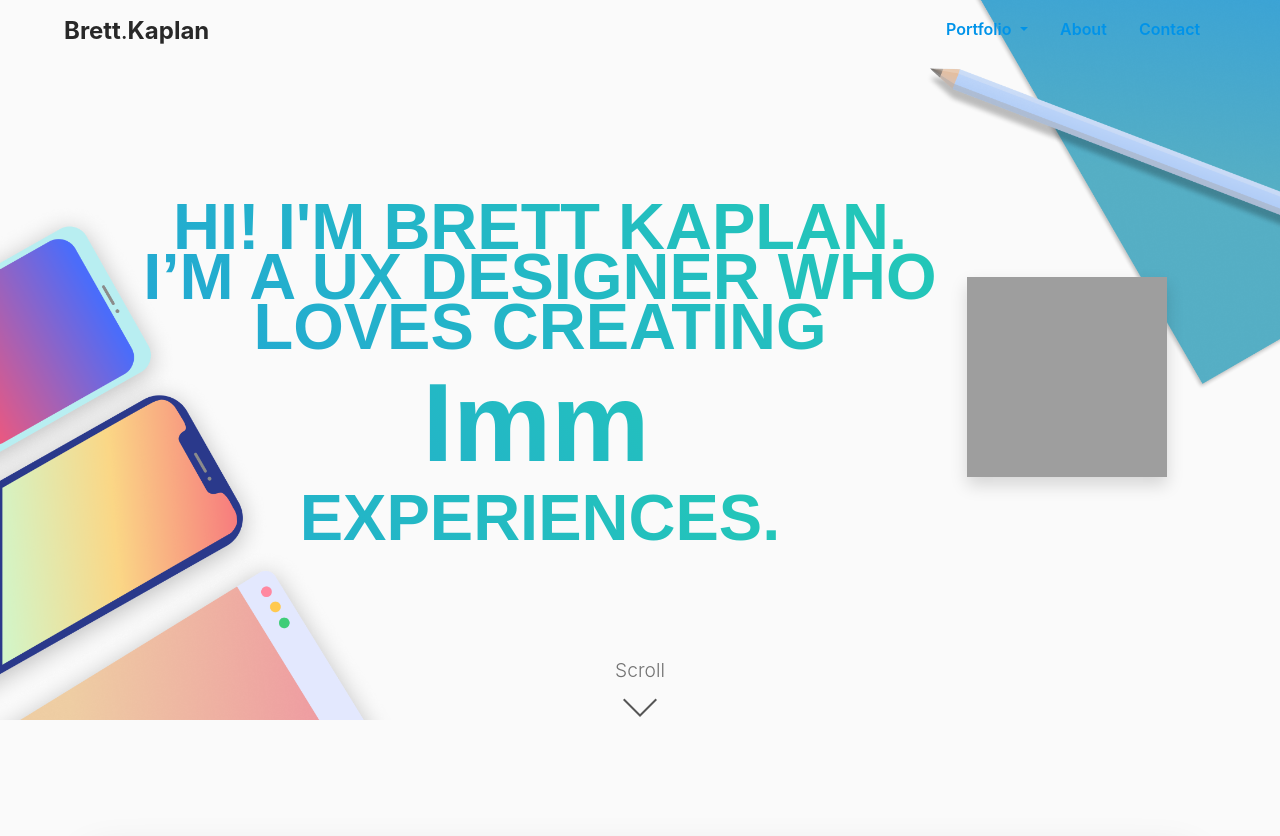
Repository: bkap1690/bkap1690.github.io
Page: index.html
The author's editor kept a copy of each file at every save. The page is drawn from the files as they stood at one save, then again after the next save.
The browser window is 1280 px wide. The pictures show the part of the page from y = 0 to 836 px (the page is 2248 px tall).
Pictures or frames that could not be fetched are drawn as grey boxes. A picture or video elsewhere on the page could not be fetched, so the positions and the page height are approximate. Backgrounds fixed to the window are drawn as part of the page. Some web libraries are served in a nearby version.

Above is the page before, as saved 2020-10-15 20:57:00.
Console error: TypeError: Cannot set properties of null (setting 'className')

### index.html
<!DOCTYPE html>
<html lang="en">

<head>
  <meta charset="UTF-8">
  <meta name="viewport" content="width=device-width, initial-scale=1.0">
  <meta http-equiv="X-UA-Compatible" content="ie=edge">
  <meta name="Description" content="Enter your description here" />
  <link rel="stylesheet" href="https://cdnjs.cloudflare.com/ajax/libs/twitter-bootstrap/4.5.0/css/bootstrap.min.css">
  <link rel="stylesheet" href="https://cdnjs.cloudflare.com/ajax/libs/font-awesome/5.13.0/css/all.min.css">
  <link rel="stylesheet" href="css/style.min.css">
  <link rel="stylesheet" href="css/hover-min.css">
  <link href="https://unpkg.com/aos@2.3.1/dist/aos.css" rel="stylesheet">
  <title>Brett Kaplan</title>
</head>
<script>
  document.body.className = 'js';
</script>

<body>
  <header>
    <nav class="navbar navbar-expand-lg navbar-light bg-light fixed-top">
      <a class="navbar-brand nav-logo pl-lg-5" href="#">Brett<span id="logo-dot">.</span>Kaplan</a>
      <button class="navbar-toggler" type="button" data-toggle="collapse" data-target="#navbarSupportedContent"
        aria-controls="navbarSupportedContent" aria-expanded="false" aria-label="Toggle navigation">
        <span class="navbar-toggler-icon"></span>
      </button>

      <div class="collapse navbar-collapse justify-content-end" id="navbarSupportedContent">
        <ul class="navbar-nav pr-lg-5">
          <li class="nav-item dropdown">
            <a class="main-nav-link hvr-underline-from-center mx-3 px-0 dropdown-toggle" href="#"
              id="navbarDropdownMenuLink" data-toggle="dropdown" aria-haspopup="true" aria-expanded="false">Portfolio
              <span class="sr-only">(current)</span></a>
            <div class="dropdown-menu" aria-labelledby="navbarDropdownMenuLink">
              <a class="dropdown-item" href="sportsstream.html">SportsStream</a>
              <a class="dropdown-item" href="citypups.html">CityPups</a>
            </div>
          </li>
          <li class="nav-item">
            <a class="main-nav-link hvr-underline-from-center mx-3 px-0" href="about.html">About</a>
          </li>
          <li class="nav-item">
            <a class="main-nav-link hvr-underline-from-center mx-3 px-0" href="contact.html">Contact</a>
          </li>
        </ul>
      </div>
    </nav>
  </header>
  <div class="top-content container-fluid">
    <div class="row justify-content-center align-items-center">
      <!-- Content here -->
      <div class="headline col-lg-8 col-md-12">
        <h1 class="heading text-center">
          Hi! I'm Brett Kaplan. I’m a UX Designer who loves creating
        </h1>
        <h1 class="typing heading text-center">
          <span class="txt-rotate" data-period="2000"
            data-rotate='[ "enjoyable", "immersive", "people-focused" ]'></span>
        </h1>
        <h1 class="heading text-center">
          experiences.
        </h1>
      </div>
      <div class="rotate-on-screen shadow">
        <img src="assets/sportsstream_app_case_study_hero.png" alt="" width="200px" height="200px">
      </div>
      <!-- <div class="floating-images col-lg-4 col-md-12">
        <ul class="floating-images__container">

          <li class="floating-image">
            <div class="image img-container">
              <img src="dist/img/hero-images/x06-news_app_concept.png.pagespeed.ic.EnncIiBDpJ.webp" alt="">
            </div>
          </li>
          <li class="floating-image">
            <div class="image img-container">
              <img src="dist/img/hero-images/x07-newsletter_landing_page.png.pagespeed.ic.LBzXV0xePM.webp" alt="">
            </div>
          </li>
          <li class="floating-image">
            <div class="image img-container">
              <img src="dist/img/hero-images/x08-landing-page-template.png.pagespeed.ic.x9f71mSB3h.webp" alt="">
            </div>
          </li>
          <li class="floating-image">
            <div class="image img-container">
              <img src="dist/img/hero-images/x09-hero_idea__2.png.pagespeed.ic.W4DFxZuD9m.webp" alt="">
            </div>
          </li>
          <li class="floating-image">
            <div class="image img-container">
              <img src="assets/CityPupsMocks_thumbnail.png" alt="">
            </div>
          </li>
          <li class="floating-image">
            <div class="image img-container">
              <img src="dist/img/hero-images/x11-looper_wallpapers.png.pagespeed.ic.aa73FLs4iI.webp" alt="">
            </div>
          </li>
        </ul>
      </div> -->
    </div>
    <div class="scroll d-flex justify-content-center mt-5 pt-2"><a href="#section1">Scroll</a></div>
    <div id="section04" class="d-flex mt-1 justify-content-center">
      <a href="#section1"></a>
    </div>
  </div>





  <section id="section1" class="section-gap">
    <div class="container col-centered">
      <a href="./sportsstream.html">
        <div class="my-5 py-6 aos-init aos-animate" data-aos="fade-up" data-aos-duration="600">

          <div class="row card-project-big justify-content-between align-items-center">

            <div class="col-md-6 card-round-lg card-round-sm card-gradient-blue">
              <img width="100%" src="assets/sportsstream_app_case_study_hero.png" aria-label="Image" role="img">
            </div>

            <div class="col-md-6">
              <div class="card-body">
                <h5 class="card-title">SportsStream App</h5>
                <p class="card-subtitle">UX Design | UX Research | UI Design | Information
                  Architecture
                </p>
                <p class="card-text">Access all sporting games and events within a dedicated sports streaming app.</p>
              </div>
            </div>
          </div>
        </div>
      </a>

      <a href="./citypups.html">
        <div class="my-5 py-6 aos-init aos-animate" data-aos="fade-up" data-aos-duration="600">

          <div class="row card-project-big justify-content-between align-items-center">
            <div class="col-md-6 card-round-lg card-round-sm card-gradient-orange">
              <img width="100%" src="assets/CityPupsMocks_Big.svg" aria-label="Image" role="img">

            </div>
            <div class="col-md-6">
              <div class="card-body">
                <h5 class="card-title">CityPups</h5>
                <p class="card-subtitle">UX Design | UX Research | UI Design | Interaction
                  Design</p>
                <p class="card-text">Helping city-goers match with dogs suited to the city lifestyle.</p>
              </div>
            </div>
          </div>
        </div>
      </a>
      <!-- <a href="./sportsstream.html">
        <div class="my-5 py-6 aos-init aos-animate" data-aos="fade-up" data-aos-duration="600">

          <div class="row card-project-big justify-content-between align-items-center">
            <div class="col-md-6 card-round-lg card-round-sm card-gradient-red">
              <img width=" 100%" src="" aria-label="Image" role="img">

            </div>
            <div class="col-md-6">
              <div class="card-body">
                <h5 class="card-title">Card title</h5>
                <p class="card-text">It's a broader card with text below as a natural lead-in to extra content. This
                  content is a little longer.</p>
                <p class="card-text"><small class="text-muted">Last updated 3 mins ago</small></p>
              </div>
            </div>
          </div>
        </div>
      </a> -->

    </div>

    <!--------------- Grid Project List Style -- To Be Used At A Later Date ----------------->

    <!-- <ul class="thumbnail-grid">

        <a href="./sportsstream.html">
          <li data-aos="fade-up" data-aos-duration="600" class="thumbnail-grid-item aos-init aos-animate">
            <div class="card-project"
              style="background-image: url('assets/sportsstream_app_case_study_hero.png'); background-size: contain; background-repeat: no-repeat;">
              <div class="card-bottom">
                <h4 class="card-title">
                  SportsStream App
                </h4>
                <h5 class="card-subtitle">
                  UX/UI Design, Research, AI
                </h5>
                <p class="card-content">
                  Stream your favorite sports.
                </p>
              </div>
            </div>
          </li>
        </a>


        <a href="./citypups.html">
          <li data-aos="fade-up" data-aos-duration="600" data-aos-delay="200"
            class="thumbnail-grid-item aos-init aos-animate">
            <div class="card-project"
              style="background-image: url('assets/CityPupsMocks.png'); background-size: contain; background-repeat: no-repeat;">
              <div class="card-bottom">
                <h4 class="card-title">
                  CityPups Website
                </h4>
                <h5 class="card-subtitle">
                  UX/UI Design, Interaction Design
                </h5>
                <p class="card-content">
                  Helping city-goers find dogs.
                </p>
              </div>
            </div>
          </li>
        </a>
        <br>
        <br>
        <br>
        <a href="./works/mirror-mirror.html">
          <li data-aos="fade-up" data-aos-duration="600" data-aos-delay="200" data-aos-offset="-50"
            class="thumbnail-grid-item aos-init aos-animate">
            <div class="card-project"
              style="background-image: url('assets/CityPupsMocks.png'); background-size: contain; background-repeat: no-repeat;">
              <div class="card-bottom">
                <h4 class="card-title">
                  Relayto Platform
                </h4>
                <h5 class="card-subtitle">
                  UX Design, UX Research, AI
                </h5>
                <p class="card-content">
                  Easily transform your static PDFs into web-based presentations
                </p>
              </div>
            </div>
          </li>
        </a>

        <a href="./works/THD.html">
          <li data-aos="fade-up" data-aos-duration="600" data-aos-delay="200"
            class="thumbnail-grid-item aos-init aos-animate">
            <div class="card-project"
              style="background-image: url('assets/CityPupsMocks.png'); background-size: contain; background-repeat: no-repeat;">
              <div class="card-bottom">
                <h4 class="card-title">
                  My Home Depot Internship
                </h4>
                <h5 class="card-subtitle">
                  UX/UI Design, UX Research, Internship
                </h5>
                <p class="card-content">
                  What I learned and what I could have done during my Home Depot internship.
                </p>
              </div>
            </div>
          </li>
        </a>
      </ul> -->
    </div>
  </section>
  <a class="hidden" href="" id="scroll-to-top"><i class="fa fa-chevron-up" aria-hidden="true"></i></a>
  <!-- Footer -->
  <footer class="page-footer pt-md-5 mt-md-5 pt-sm-2 mt-sm-2">
    <!-- Footer Elements -->
    <div class="container d-flex justify-content-center">
      <!-- Grid row-->
      <div class="row">
        <!-- Grid column -->
        <div class="col-md-12 pt-5 pb-2">
          <div class="flex-center">
            <!-- Facebook -->
            <a class="sl-ic" href="https://www.facebook.com/brett.kaplan.79/" target="_blank">
              <i class="fab fa-facebook-f fa-lg white-text mr-md-4 mr-3"> </i>
            </a>
            <!--Linkedin -->
            <a class="sl-ic" href="https://www.linkedin.com/in/brettkkaplan/" target="_blank">
              <i class="fab fa-linkedin-in fa-lg white-text mr-md-4 mr-3">
              </i>
            </a>
            <!--Dribbble -->
            <a class="sl-ic" href="mailto:hello@brettkaplan.design" target="_blank">
              <i class="fab far fa-envelope fa-lg white-text mr-md-4 mr-3"> </i>
            </a>
          </div>
        </div>
        <!-- Grid column -->
      </div>
      <!-- Grid row-->
    </div>
    <!-- Footer Elements -->

    <!-- Copyright -->
    <div class="font-weight-bold text-center py-4" style="font-size: 1.2rem;">
      Email me at
      <a href="mailto:hello@brettkaplan.design">hello@brettkaplan.design</a>
    </div>
    <div class="footer-copyright text-center pb-3">
      © 2020 Copyright:
      <a href="https://brettkaplan.design/">brettkaplan.design</a>
    </div>
    <!-- Copyright -->
  </footer>
  <!-- Footer -->
  <section class="test2"></section>
  <script src="https://unpkg.com/aos@next/dist/aos.js"></script>
  <script>
    AOS.init();
  </script>

  <script src="https://code.jquery.com/jquery-3.5.1.min.js"
    integrity="sha256-9/aliU8dGd2tb6OSsuzixeV4y/faTqgFtohetphbbj0=" crossorigin="anonymous"></script>
  <script src="https://cdnjs.cloudflare.com/ajax/libs/popper.js/1.16.1/umd/popper.min.js"></script>
  <script src="https://cdnjs.cloudflare.com/ajax/libs/twitter-bootstrap/4.5.0/js/bootstrap.min.js"></script>
  <script type="text/javascript" src="js/js.js"></script>
</body>

</html>

### js/js.js
$(document).ready(function () {
  $("#secondary-nav").hide();

  // Add smooth scrolling to all links
  $("a").on("click", function (event) {
    // Make sure this.hash has a value before overriding default behavior
    if (this.hash !== "") {
      // Prevent default anchor click behavior
      event.preventDefault();

      // Store hash
      var hash = this.hash;

      // Using jQuery's animate() method to add smooth page scroll
      // The optional number (800) specifies the number of milliseconds it takes to scroll to the specified area
      $("html, body").animate({
          scrollTop: $(hash).offset().top,
        },
        800,
        function () {
          // Add hash (#) to URL when done scrolling (default click behavior)
          window.location.hash = hash;
        }
      );
    } // End if
  });
});

// Typing Effect on Hero Header

var TxtRotate = function (el, toRotate, period) {
  this.toRotate = toRotate;
  this.el = el;
  this.loopNum = 0;
  this.period = parseInt(period, 10) || 1000;
  this.txt = "";
  this.tick();
  this.isDeleting = false;
};

TxtRotate.prototype.tick = function () {
  var i = this.loopNum % this.toRotate.length;
  var fullTxt = this.toRotate[i];

  if (this.isDeleting) {
    this.txt = fullTxt.substring(0, this.txt.length - 1);
  } else {
    this.txt = fullTxt.substring(0, this.txt.length + 1);
  }

  this.el.innerHTML = '<span class="wrap">' + this.txt + "</span>";

  var that = this;
  var delta = 300 - Math.random() * 100;

  if (this.isDeleting) {
    delta /= 2;
  }

  if (!this.isDeleting && this.txt === fullTxt) {
    delta = this.period;
    this.isDeleting = true;
  } else if (this.isDeleting && this.txt === "") {
    this.isDeleting = false;
    this.loopNum++;
    delta = 500;
  }

  setTimeout(function () {
    that.tick();
  }, delta);
};

window.onload = function () {
  var elements = document.getElementsByClassName("txt-rotate");
  for (var i = 0; i < elements.length; i++) {
    var toRotate = elements[i].getAttribute("data-rotate");
    var period = elements[i].getAttribute("data-period");
    if (toRotate) {
      new TxtRotate(elements[i], JSON.parse(toRotate), period);
    }
  }
  // INJECT CSS
  var css = document.createElement("style");
  css.type = "text/css";
  css.innerHTML =
    ".txt-rotate > .wrap { border-right: 0.08em solid transparent }";
  document.body.appendChild(css);
};

$(function () {
  $(window).scroll(function (e) {
    if ($(this).scrollTop() > 800) {
      $("#secondary-nav").fadeIn("slow");
    } else {
      $("#secondary-nav").fadeOut("fast");
    }
  });
});



//Cross-browser smooth-scroll JS:

$('a[href^="#"]').on("click", function (e) {
  e.preventDefault();

  var target = this.hash;
  var $target = $(target);

  $("html, body")
    .stop()
    .animate({
        scrollTop: $target.offset().top,
      },
      700,
      "swing",
      function () {
        window.location.hash = target;
      }
    );
});

//Check to see if the window is top if not then display button
$(window).scroll(function () {
  if ($(this).scrollTop() > 300) {
    $("#scroll-to-top").fadeIn();
  } else {
    $("#scroll-to-top").fadeOut();
  }
});




//Click event to scroll to top
$("#scroll-to-top").click(function () {
  $("html, body").animate({
      scrollTop: 0,
    },
    600
  );
  return false;
});

$(document).ready(function () {
  var getMax = function () {
    return $(document).height() - $(window).height();
  };

  var getValue = function () {
    return $(window).scrollTop();
  };

  if ("max" in document.createElement("progress")) {
    var progressBar = $("progress");

    progressBar.attr({
      max: getMax(),
    });

    $(document).on("scroll", function () {
      progressBar.attr({
        value: getValue(),
      });
    });

    $(window).resize(function () {
      progressBar.attr({
        max: getMax(),
        value: getValue(),
      });
    });
  } else {
    var progressBar = $(".progress-bar"),
      max = getMax(),
      value,
      width;

    var getWidth = function () {
      value = getValue();
      width = (value / max) * 100;
      width = width + "%";
      return width;
    };

    var setWidth = function () {
      progressBar.css({
        width: getWidth(),
      });
    };

    $(document).on("scroll", setWidth);
    $(window).on("resize", function () {
      max = getMax();
      setWidth();
    });
  }
});

$(window).scroll(function () {
  $("nav").toggleClass("scrolled", $(this).scrollTop() > 100);
});

Loaded but not shown: css/style.min.css (library); css/hover-min.css (library)

After the next save:
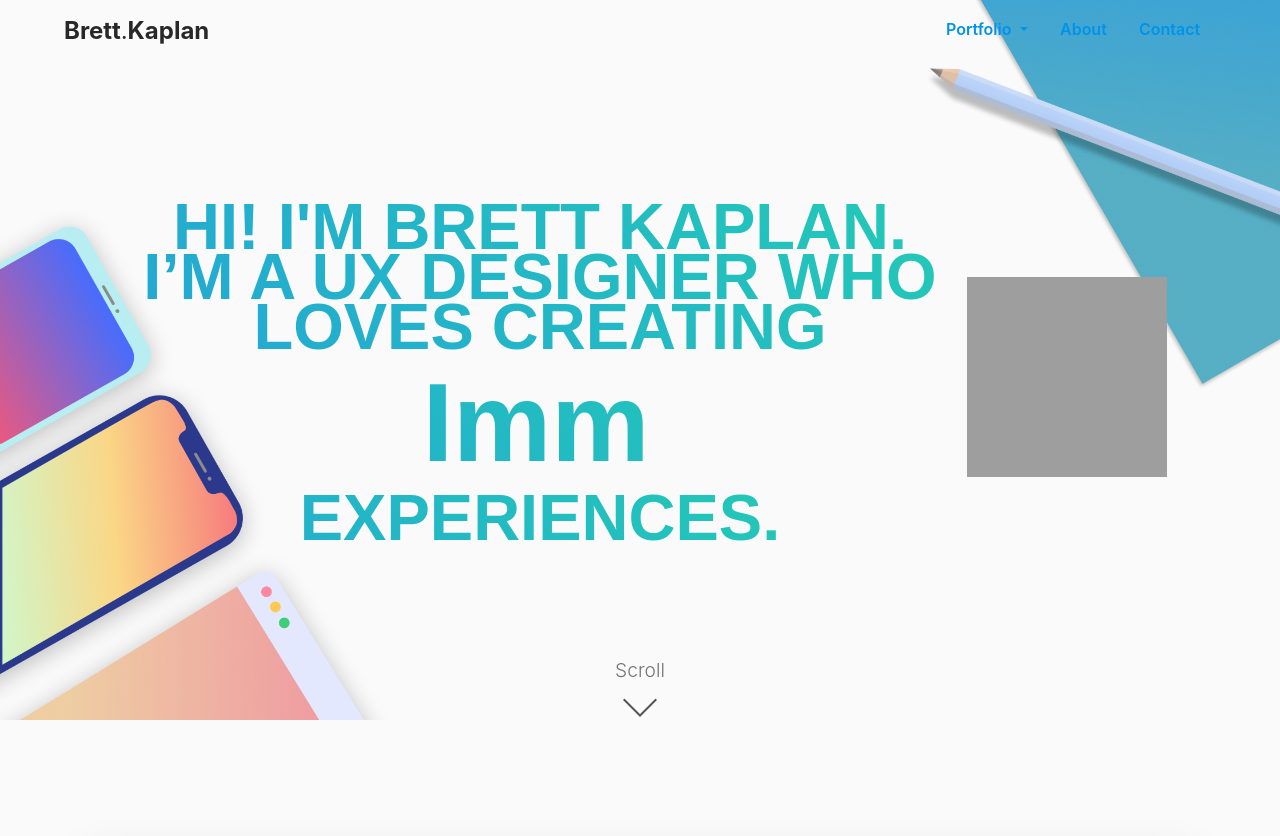
Saved 16 s later.
--- a/index.html
+++ b/index.html
@@ -62,7 +62,7 @@
           experiences.
         </h1>
       </div>
-      <div class="rotate-on-screen shadow">
+      <div class="rotate-on-screen">
         <img src="assets/sportsstream_app_case_study_hero.png" alt="" width="200px" height="200px">
       </div>
       <!-- <div class="floating-images col-lg-4 col-md-12">
